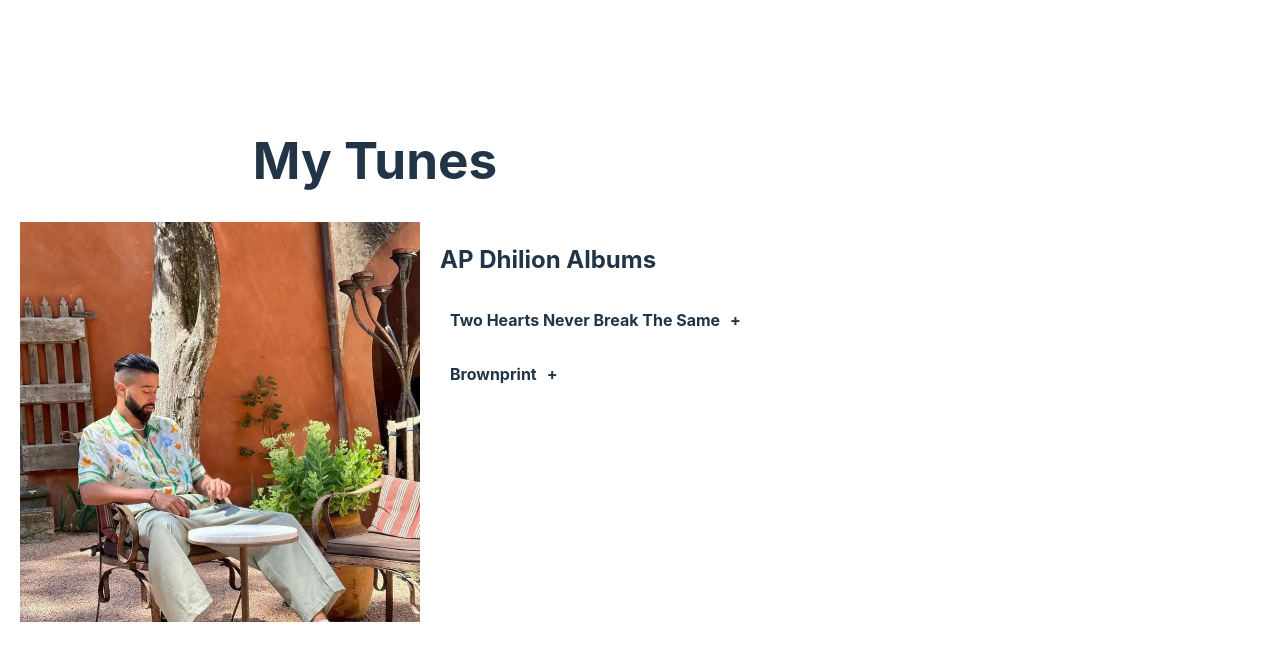
Repository: GavinPahal/my_app
Page: / (app in react/)
These files come from the project's save history. The page is drawn as it stood at one moment and after the next save; the edit follows.
The browser window is 1280 px wide. The pictures show the whole page.
The project was rebuilt for these pictures with package versions that can differ from the ones it lists, and the page was loaded fresh each time. Also part of the build but not shown: react/vite.config.js.

Above is the page before, as saved 2024-09-15 19:10:38.

### react/src/App.jsx
import { useState } from 'react'
import ap from '/Untitled-34.jpg'
import './App.css'

function App() {
  return (
    <>
    <h1 className='heading'>My Tunes</h1>
    <div className="container">
      <img src={ap} alt="Vite logo" width={400} height={400}/>
      <div className="album">
      <h2>AP Dhilion Albums</h2>
        <details name="reqs">
          <summary>Two Hearts Never Break The Same</summary>
          <ol>
            <li>All Night(Live)</li>
            <li>Hills</li>
            <li>SummerHigh</li>
            <li>Wo Noor</li>
            <li>Dil Nu</li>
          </ol>
        </details>
        <details name="reqs">
          <summary>Brownprint</summary>
          <ol>
            <li>Brownprint</li>
            <li>315</li>
            <li>Old Money</li>
            <li>Losing Myself</li>
            <li>Distance</li>
            <li>After Midnight</li>
            <li>Bora Bora</li>
            <li>Sweet Flower</li>
            <li>To Be Contuined</li>
          </ol>
        </details>
      </div>
    </div>
    </>
  )
}

export default App

### react/src/App.css
.container {
  display: flex;
  justify-content: center;
  align-items: flex-start;
  margin-top: 20px;
  margin-left: 20px;
}

.heading{
 text-align: center;
}

img {
  margin-right: 20px;
}

.album {
  display: flex;
  flex-direction: column;
}

details {
  width: 100%;
  margin-bottom: 10px;
  padding: 10px;
  position: relative;
}

summary {
  font-weight: bold;
  cursor: pointer;
  position: relative;
  padding-right: 20px;
  list-style: none;
}

details :hover {
  color: #000000;
}

summary::after {
  content: '+';
  position: absolute;
  padding-left: 10px;
}

details[open] summary::after {
  content: '-';
}

Loaded but not shown: react/index.html (common file); react/src/main.jsx (common file); react/src/index.css (common file)

After the next save:
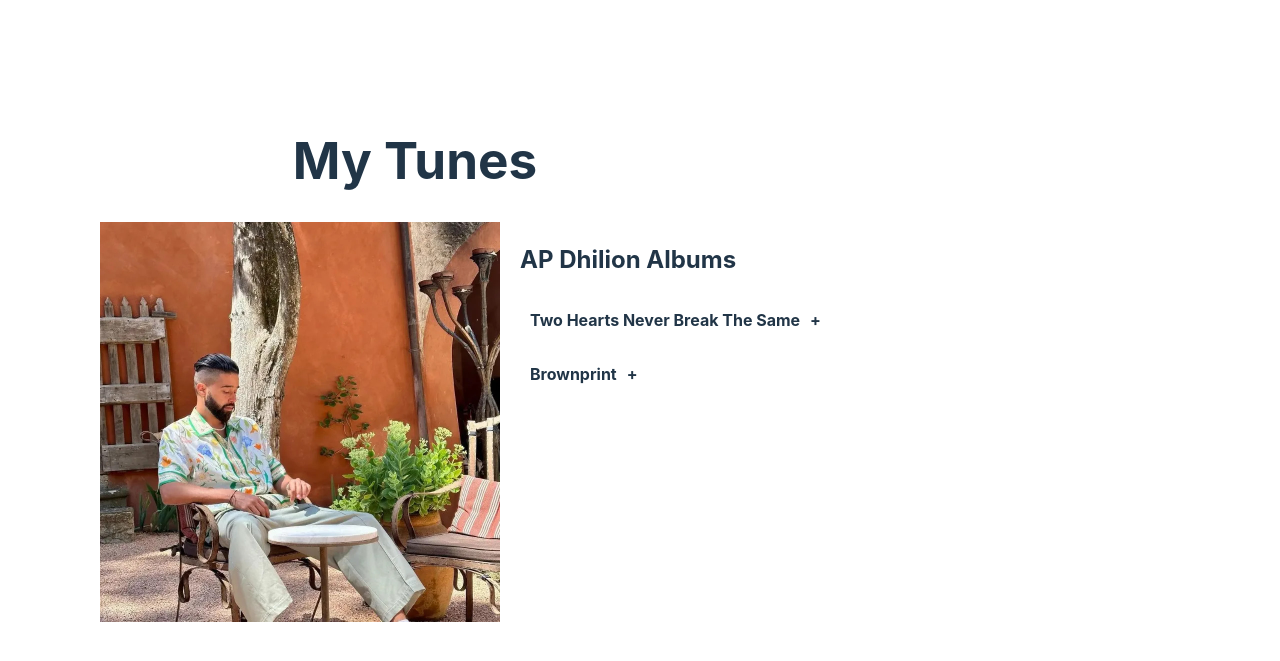
Saved 6 s later.
--- a/react/src/App.css
+++ b/react/src/App.css
@@ -3,7 +3,7 @@
   justify-content: center;
   align-items: flex-start;
   margin-top: 20px;
-  margin-left: 20px;
+  margin-left: 100px;
 }
 
 .heading{
